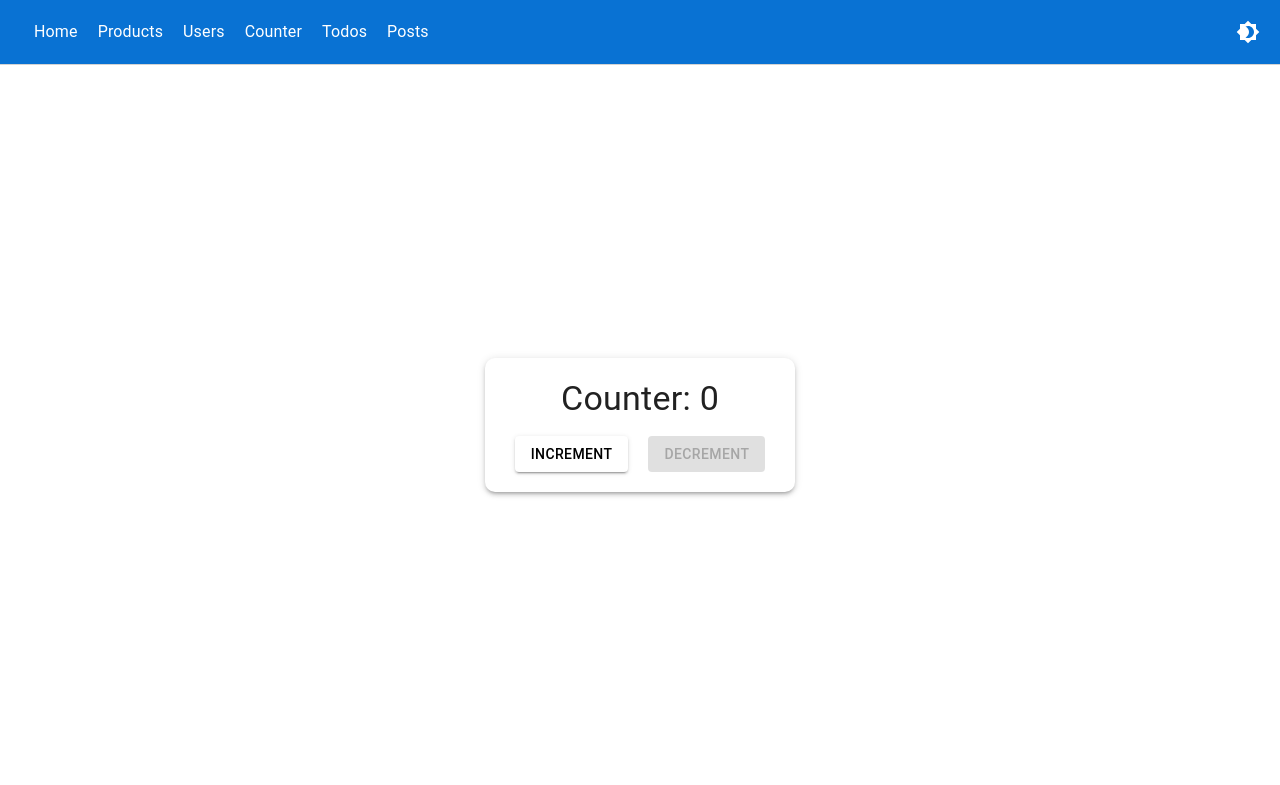
Repository: Vijay-Singh1/delente-assessment
Page: /counter
These files come from the project's save history. The page is drawn as it stood at one moment and after the next save; the edit follows.
The browser window is 1280 px wide. The pictures show the whole page.
The project was rebuilt for these pictures with package versions that can differ from the ones it lists, and the page was loaded fresh each time. The framework's server and built-in components were replaced by stand-ins that run in the browser. Also part of the build but not shown: next.config.mjs.

Above is the page before, as saved 2024-10-09 22:42:59.

After the next save:
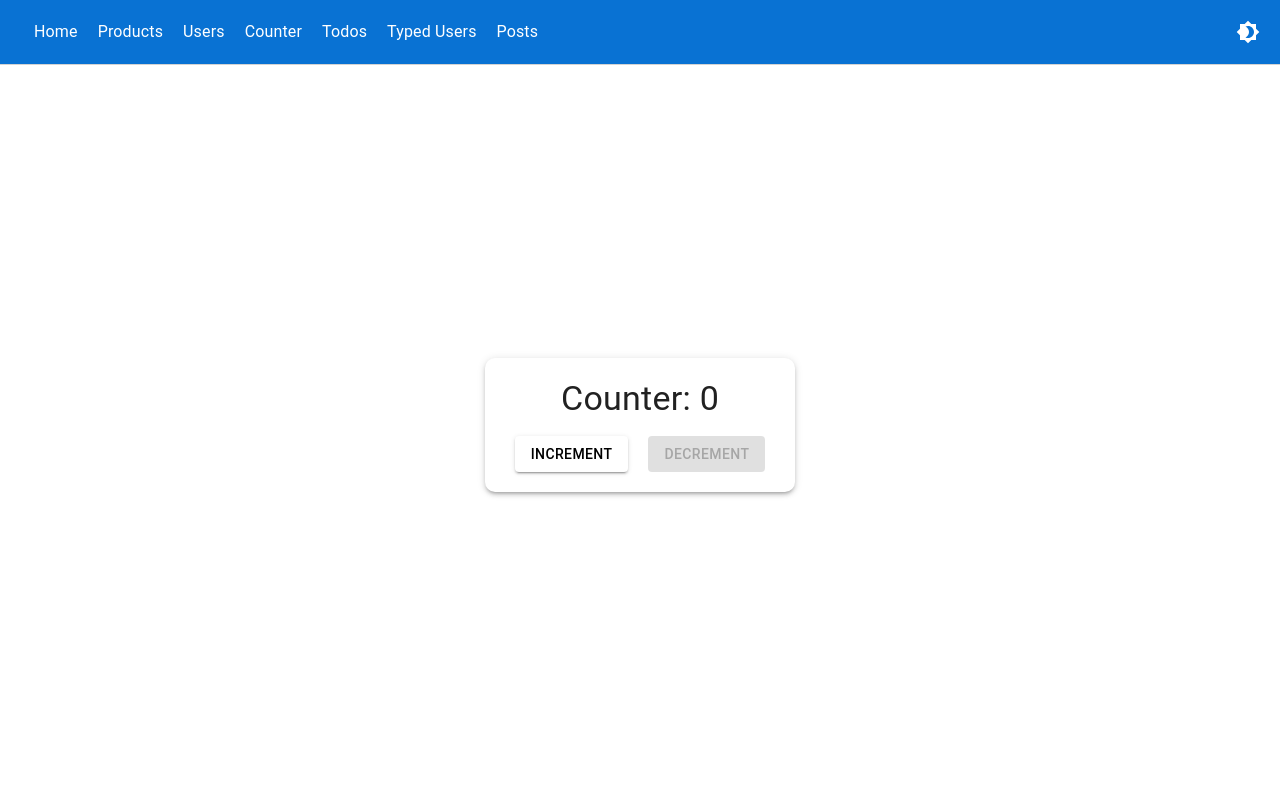
Saved 112 s later.
--- a/pages/navbar.js
+++ b/pages/navbar.js
@@ -16,6 +16,7 @@ export default function Navbar() {
                     <Link href="/users" style={{ margin: '0 10px', color: 'white', textDecoration: 'none' }}>Users</Link>
                     <Link href="/counter" style={{ margin: '0 10px', color: 'white', textDecoration: 'none' }}>Counter</Link>
                     <Link href="/todos" style={{ margin: '0 10px', color: 'white', textDecoration: 'none' }}>Todos</Link>
+                    <Link href="/posts" style={{ margin: '0 10px', color: 'white', textDecoration: 'none' }}>Typed Users</Link>
                     <Link href="/posts" style={{ margin: '0 10px', color: 'white', textDecoration: 'none' }}>Posts</Link>
                 </Typography>
                 <IconButton
